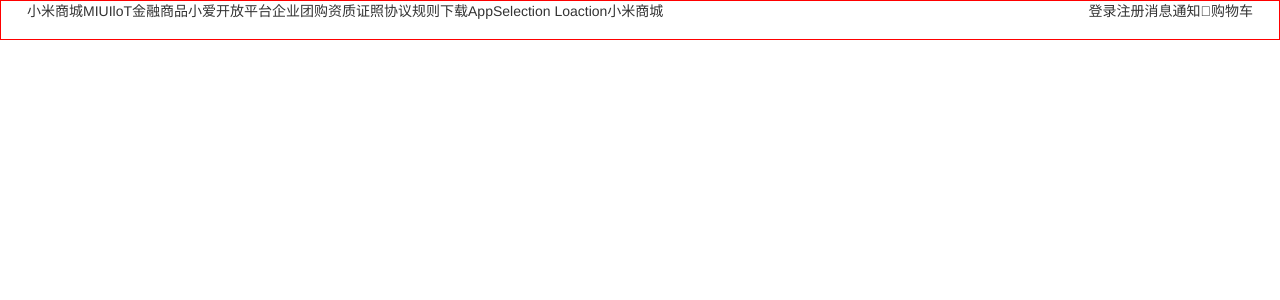
Repository: chenguocan/mi
Page: index.html
The author's editor kept a copy of each file at every save. The page is drawn from the files as they stood at one save, then again after the next save.
The browser window is 1280 px wide. The pictures show the whole page.

Above is the page before, as saved 2020-10-13 09:40:20.

### index.html
<!DOCTYPE html>
<html lang="en">

<head>
    <meta charset="UTF-8">
    <title>小米商城 - 小米10 Pro、Redmi K30 Pro、小米MIX Alpha，小米电视官方网站</title>
    <meta name="viewport" content="width=1226">
    <link rel="stylesheet" href="./css/reset.css">
    <link rel="stylesheet" href="./css/index.css">
    <link rel="stylesheet" href="./css/base.css">
    <link rel="stylesheet" href="./font/css/all.min.css">
</head>

<body>
    <div class="topbar-wrapper">
        <div class="topbar w">
            <ul class="service">
                <li><a href="javascript:;">小米商城</a></li>
                <li class="line"></li>
                <li><a href="javascript:;">MIUI</a></li>
                <li class="line"></li>
                <li><a href="javascript:;">loT</a></li>
                <li class="line"></li>
                <li><a href="javascript:;">金融</a></li>
                <li class="line"></li>
                <li><a href="javascript:;">商品</a></li>
                <li class="line"></li>
                <li><a href="javascript:;">小爱开放平台</a></li>
                <li class="line"></li>
                <li><a href="javascript:;">企业团购</a></li>
                <li class="line"></li>
                <li><a href="javascript:;">资质证照</a></li>
                <li class="line"></li>
                <li><a href="javascript:;">协议规则</a></li>
                <li class="line"></li>
                <li><a href="javascript:;">下载App</a></li>
                <li class="line"></li>
                <li><a href="javascript:;">Selection Loaction</a></li>
                <li class="line"></li>
                <li><a href="javascript:;">小米商城</a></li>
                <li class="line"></li>
            </ul>
            <ul class="shop-cart">
                <li><i class="fa-adobe"></i><a href="javascript:;">购物车</a></li>
            </ul>
            <ul class="user">
                <li><a href="javascript:;">登录</a></li>
                <li class="line"></li>
                <li><a href="javascript:;">注册</a></li>
                <li class="line"></li>
                <li><a href="javascript:;">消息通知</a></li>
                <li class="line"></li>
            </ul>
        </div>
    </div>
</body>

</html>

### css/reset.css
/* v2.0 | 20110126
  http://meyerweb.com/eric/tools/css/reset/
  License: none (public domain)
*/
html, body, div, span, applet, object, iframe,
h1, h2, h3, h4, h5, h6, p, blockquote, pre,
a, abbr, acronym, address, big, cite, code,
del, dfn, em, img, ins, kbd, q, s, samp,
small, strike, strong, sub, sup, tt, var,
b, u, i, center,
dl, dt, dd, ol, ul, li,
fieldset, form, label, legend,
table, caption, tbody, tfoot, thead, tr, th, td,
article, aside, canvas, details, embed,
figure, figcaption, footer, header, hgroup,
menu, nav, output, ruby, section, summary,
time, mark, audio, video {
    margin: 0;
    padding: 0;
    border: 0;
    font-size: 100%;
    font: inherit;
    vertical-align: baseline;
}
/* HTML5 display-role reset for older browsers */
article, aside, details, figcaption, figure,
footer, header, hgroup, menu, nav, section {
    display: block;
}
body {
    line-height: 1;
}
ol, ul {
    list-style: none;
}
blockquote, q {
    quotes: none;
}
blockquote:before, blockquote:after,
q:before, q:after {
    content: '';
    content: none;
}
table {
    border-collapse: collapse;
    border-spacing: 0;
}

### css/index.css
*{
    box-sizing: border-box;
}
.topbar-wrapper{
    height: 40px;
    border:1px solid red;
    width: 100%;
}
.topbar .service{
    float: left;
}
.topbar .user,.topbar .shop-cart{
    float: right;
}
.topbar ul li{
    float: left;
}

### css/base.css

.clearfix::before,
.clearfix::after{
    content: '';
    display: table;
    clear: both;
}

body{
    color: rgb(51,51,51);
    font: 14px/1.5 "Helvetica Neue", Helvetica, Arial, "Microsoft Yahei", "Hiragino Sans GB", "Heiti SC", "WenQuanYi Micro Hei", sans-serif;
    min-width: 1226px;
}
a{
    text-decoration: none;
    color:#333;
}
.w{
    width: 1226px;
    margin-left:auto;
    margin-right: auto;
}

Loaded but not shown: font/css/all.min.css (library)

After the next save:
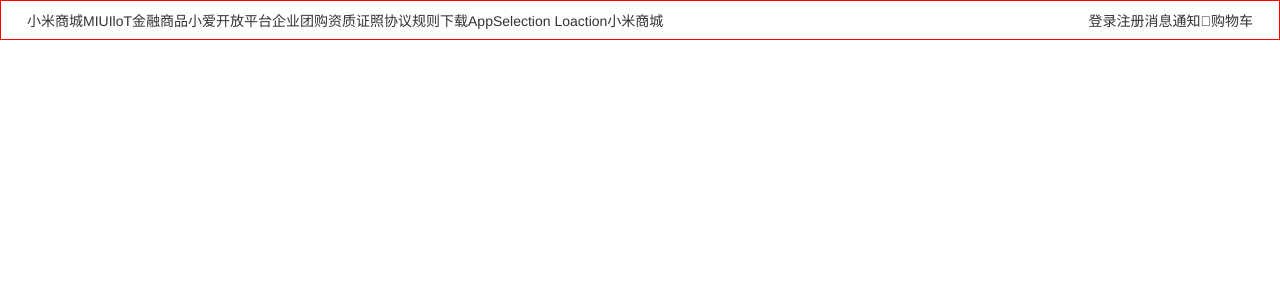
Saved 21 s later.
--- a/css/index.css
+++ b/css/index.css
@@ -13,5 +13,6 @@
     float: right;
 }
 .topbar ul li{
+    line-height: 40px;
     float: left;
 }
